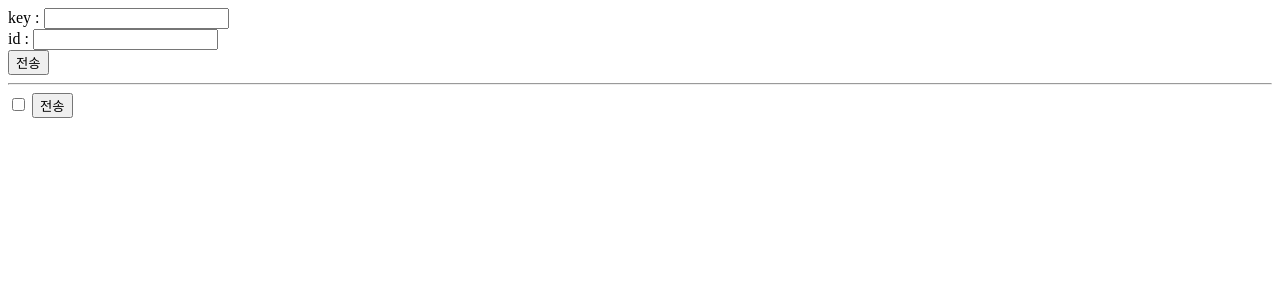
Repository: dambijin/lesson
Page: workspace_java/proj1_hello/src/main/webapp/form.html
The author's editor kept a copy of each file at every save. The page is drawn from the files as they stood at one save, then again after the next save.
The browser window is 1280 px wide. The pictures show the whole page.

Above is the page before, as saved 2024-02-20 07:15:06.

### workspace_java/proj1_hello/src/main/webapp/form.html
<!DOCTYPE html>
<html>
<head>
<meta charset="UTF-8">
<title>Insert title here</title>
</head>
<body>
<form method="get" action="param">
	key : <input type="text" name="key"><br>
	id : <input type="text" name="id"><br>
	<input type="submit" value="전송">
	<hr>
	<input type="checkbox" name="game">
	<input type="submit" value="전송">
</form>
</body>
</html>

After the next save:
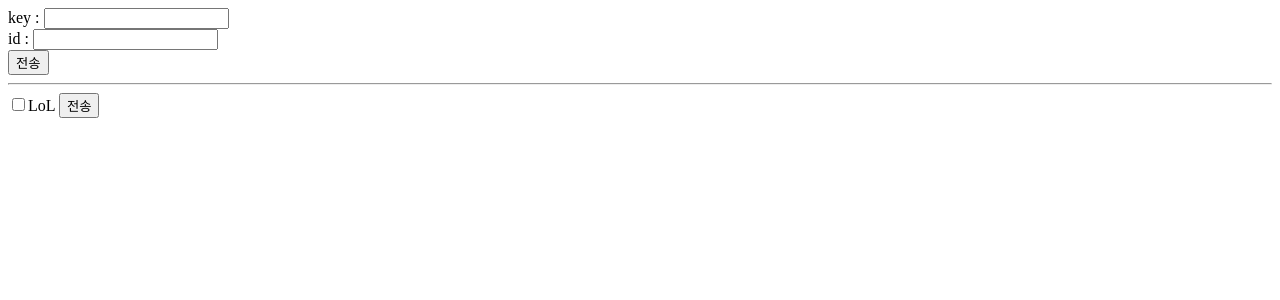
Saved 10 s later.
--- a/workspace_java/proj1_hello/src/main/webapp/form.html
+++ b/workspace_java/proj1_hello/src/main/webapp/form.html
@@ -10,7 +10,7 @@
 	id : <input type="text" name="id"><br>
 	<input type="submit" value="전송">
 	<hr>
-	<input type="checkbox" name="game">
+	<input type="checkbox" name="game">LoL
 	<input type="submit" value="전송">
 </form>
 </body>
